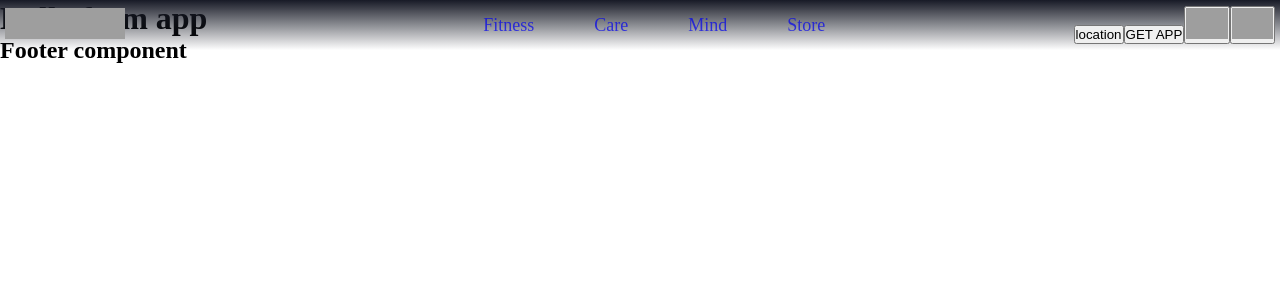
Repository: 1sanjeetsharma/cult-fit-clone
Page: /
The author's editor kept a copy of each file at every save. The page is drawn from the files as they stood at one save, then again after the next save.
The browser window is 1280 px wide. The pictures show the whole page.
Pictures or frames that could not be fetched are drawn as grey boxes. The project was rebuilt for these pictures with package versions that can differ from the ones it lists, and the page was loaded fresh each time. Also part of the build but not shown: vite.config.js.

Above is the page before, as saved 2023-07-22 23:04:40.

### src/App.jsx
import LandingPage from "./components/landingPage/LandingPage";
function App() {
  return (
    <>
      <h1>Hello from app</h1>
      <LandingPage />
    </>
  );
}

export default App;

### src/components/landingPage/LandingPage.jsx
import Body from "../body/body";
// import Header from "../body/header/Header";
const LandingPage = () => {
	return (
		<>
			<Body></Body>
		</>
	);
};
export default LandingPage;

### src/components/body/body.jsx
import Header from "./header/Header";
import Footer from "./footer/Footer";
const Body = () => {
	console.log("hello from body");
	return (
		<>
			<Header />

			<Footer />
		</>
	);
};
export default Body;

### src/components/body/header/Header.jsx
import Navbar from "../Navbar/Navbar";
const Header = () => {
	return (
		<>
			<Navbar />
		</>
	);
};
export default Header;

### src/components/body/footer/Footer.jsx
const Footer = () => {
  return (
    <>
      <h2>Footer component</h2>
    </>
  );
};
export default Footer;

### src/components/body/Navbar/Navbar.jsx
import "./navbar.css";
const Navbar = () => {
	return (
		<>
			<div className="Nav-container">
				<nav>
					<a href="javascript:viod(0)">
						<img
							className="logo"
							height={"31px"}
							width={"120px"}
							src="https://cdn-images.cure.fit/www-curefit-com/image/upload/c_fill,w_120,q_auto:eco,dpr_2,f_auto,fl_progressive//image/test/brand-logo/vman-and-white-cult-text.png"
							alt="logo"
						/>
					</a>
					<div className="tabs">
						<a href="javascript:void(0)">Fitness</a>
						<a href="javascript:void(0)">Care</a>
						<a href="javascript:void(0)">Mind</a>
						<a href="javascript:void(0)">Store</a>
					</div>
					<div>
						<button className="location">location</button>
						<button className="get-app">GET APP</button>

						<button className="avatar">
							<img
								className="btn-img"
								src="https://cdn-images.cure.fit/www-curefit-com/image/upload/c_fill,w_26,q_auto:eco,dpr_2,f_auto,fl_progressive/image/test/header/Profile.png"
								alt="profile picture"
							/>
						</button>
						<button className="cart">
							<img
								className="btn-img"
								src="https://cdn-images.cure.fit/www-curefit-com/image/upload/c_fill,q_auto:eco,dpr_2,f_auto,fl_progressive//image/test/cart-dark-theme.svg"
								alt="cart"
							/>
						</button>
					</div>
				</nav>
			</div>
		</>
	);
};
export default Navbar;

### src/components/body/Navbar/navbar.css
* {
	margin: 0px;
	padding: 0px;
	box-sizing: border-box;
}
a {
	text-decoration: none;
	cursor: pointer;
}
.Nav-container {
	position: fixed;
	/* display: flexbox; */
	top: 0px;
	/* height: 60px; */
	width: 100%;

	/* align-content: center; */
	/* text-align: center; */
	/* background-color: #00000077; */
	box-sizing: border-box;
	/* z-index: 2; */
}

.logo,
.btn-img {
	height: 31px;
}
nav {
	display: flex;
	height: 50px;
	padding: 5px;
	flex-flow: row wrap;
	align-items: center;
	justify-content: space-between;
	background-image: linear-gradient(
		to bottom,
		#171a26,
		rgba(23, 26, 38, 0.0001)
	);
}
.tabs {
	color: #fff;
	display: flex;
	flex-direction: row;
	justify-content: spae-between;
	margin-left: 110px;
}
.tabs > a {
	height: 100%;
	transition: all 150ms ease;
	opacity: 70%;
	padding: 0 30px;
	line-height: 22px;
	font-size: 18px;
}

Loaded but not shown: index.html (common file); src/main.jsx (common file)

After the next save:
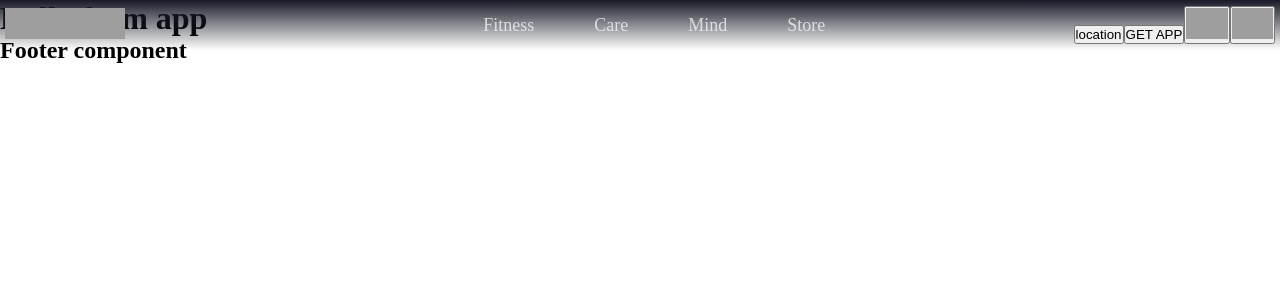
Saved 36 s later.
--- a/src/components/body/Navbar/navbar.css
+++ b/src/components/body/Navbar/navbar.css
@@ -39,7 +39,7 @@ nav {
 	);
 }
 .tabs {
-	color: #fff;
+	/* color: #fff; */
 	display: flex;
 	flex-direction: row;
 	justify-content: spae-between;
@@ -47,6 +47,7 @@ nav {
 }
 .tabs > a {
 	height: 100%;
+	color: #fff;
 	transition: all 150ms ease;
 	opacity: 70%;
 	padding: 0 30px;
